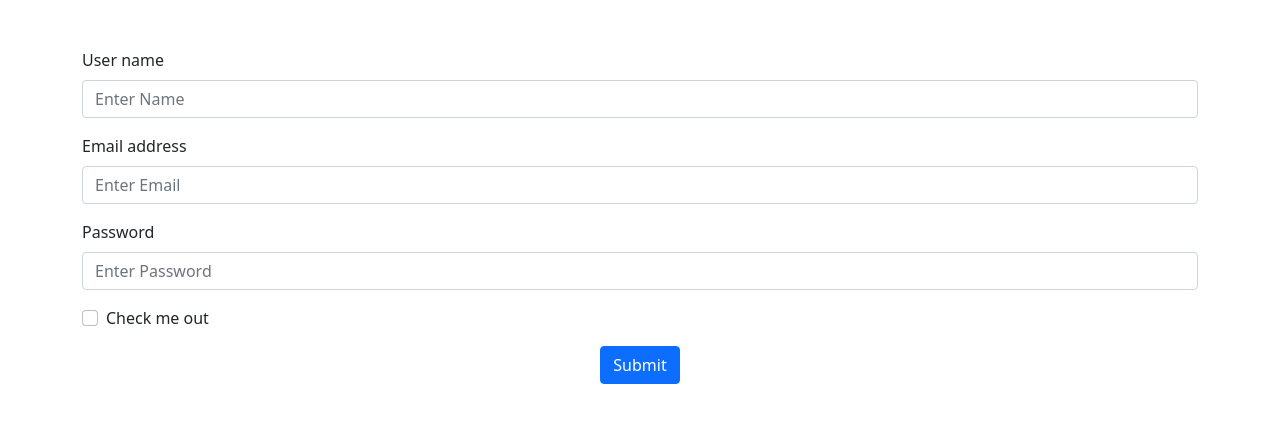
Repository: IamPawan777/spring-MCV
Page: http://localhost/p4.1-sending-data-to-controller/form
The author's editor kept a copy of each file at every save. The page is drawn from the files as they stood at one save, then again after the next save.
The browser window is 1280 px wide. The pictures show the whole page.
The page is served by Tomcat 9.

Above is the page before, as saved 2025-01-13 13:50:23.

After the next save:
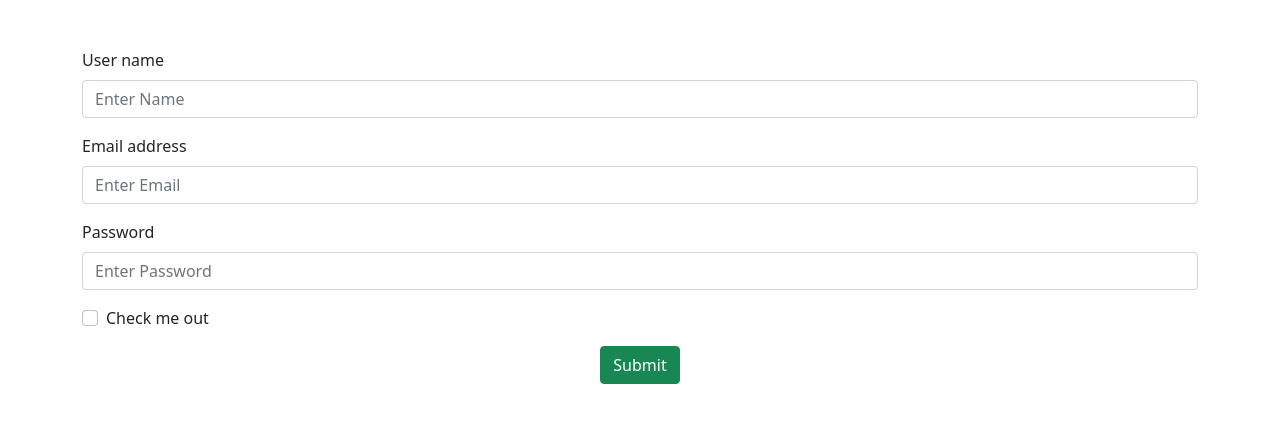
Saved 25 s later.
--- a/p4.1-sending-data-to-controller/src/main/webapp/WEB-INF/pages/form.jsp
+++ b/p4.1-sending-data-to-controller/src/main/webapp/WEB-INF/pages/form.jsp
@@ -45,7 +45,7 @@
 			</div>
 
 			<div class="container text-center" >
-				<button type="submit" class="btn btn-primary">Submit</button>
+				<button type="submit" class="btn btn-success">Submit</button>
 			</div>
 		</form>
 	</div>
